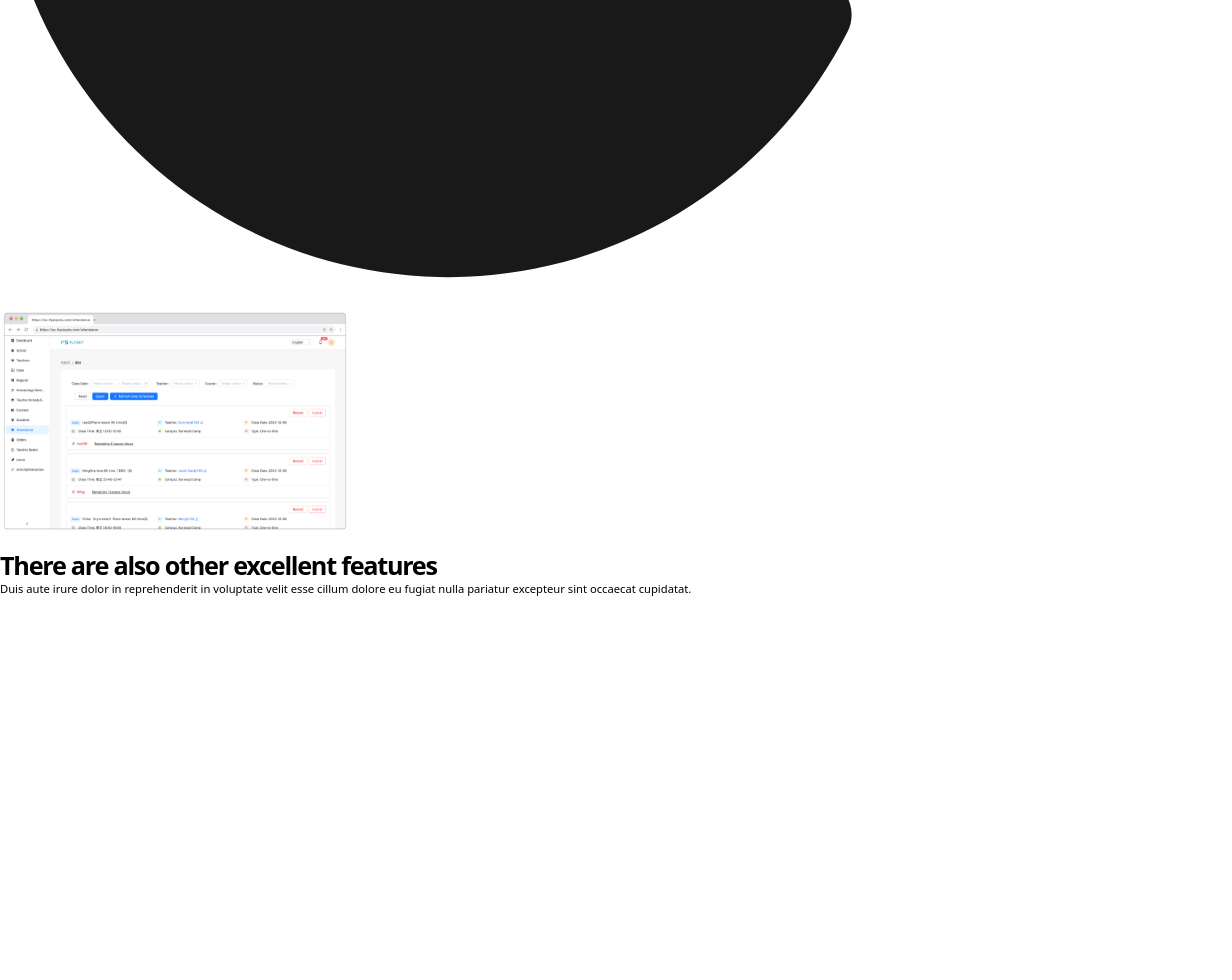
Repository: BarrySong97/flysky-landing
Page: /
The author's editor kept a copy of each file at every save. The page is drawn from the files as they stood at one save, then again after the next save.
The browser window is 1280 px wide. The page is 1760 px wide, so the pictures cover 1760 px, including what lies to the right of the window. The pictures show the part of the page from y = 5100 to 6500 px (the page is 22292 px tall before and 22268 px after), at 70% of full size.
The project was rebuilt for these pictures with package versions that can differ from the ones it lists, and the page was loaded fresh each time. Also part of the build but not shown: vite.config.js, src/partials/Banner.jsx, src/pages/SignIn.jsx, src/pages/SignUp.jsx, src/pages/ResetPassword.jsx.

Above is the page before, as saved 2023-12-10 10:36:18.

### index.html
<!DOCTYPE html>
<html lang="en">
  <head>
    <meta charset="UTF-8" />
    <link rel="icon" type="image/svg+xml" href="/src/favicon.svg" />
    <meta name="viewport" content="width=device-width, initial-scale=1.0" />
    <title>Vite App</title>
  </head>
  <body class="font-inter antialiased bg-white text-gray-900 tracking-tight">
    <noscript>You need to enable JavaScript to run this app.</noscript>
    <script>
        if (localStorage.getItem('sidebar-expanded') == 'true') {
            document.querySelector('body').classList.add('sidebar-expanded');
        } else {
            document.querySelector('body').classList.remove('sidebar-expanded');
        }
    </script>
    <div id="root"></div>
    <script type="module" src="/src/main.jsx"></script>
  </body>
</html>

### src/App.jsx
import React, { useEffect } from 'react';
import {
  Routes,
  Route,
  useLocation
} from 'react-router-dom';

import 'aos/dist/aos.css';
import './css/style.css';

import AOS from 'aos';

import Home from './pages/Home';
import SignIn from './pages/SignIn';
import SignUp from './pages/SignUp';
import ResetPassword from './pages/ResetPassword';

function App() {

  const location = useLocation();

  useEffect(() => {
    AOS.init({
      once: true,
      disable: 'phone',
      duration: 700,
      easing: 'ease-out-cubic',
    });
  });

  useEffect(() => {
    document.querySelector('html').style.scrollBehavior = 'auto'
    window.scroll({ top: 0 })
    document.querySelector('html').style.scrollBehavior = ''
  }, [location.pathname]); // triggered on route change

  return (
    <>
      <Routes>
        <Route exact path="/" element={<Home />} />
        <Route path="/signin" element={<SignIn />} />
        <Route path="/signup" element={<SignUp />} />
        <Route path="/reset-password" element={<ResetPassword />} />
      </Routes>
    </>
  );
}

export default App;

### src/pages/Home.jsx
import React from "react";

import Header from "../partials/Header";
import HeroHome from "../partials/HeroHome";
import FeaturesHome from "../partials/Features";
import FeaturesBlocks from "../partials/FeaturesBlocks";
import Testimonials from "../partials/Testimonials";
import Newsletter from "../partials/Newsletter";
import Footer from "../partials/Footer";
import Banner from "../partials/Banner";

function Home() {
  return (
    <div className="flex flex-col min-h-screen overflow-hidden">
      {/*  Site header */}
      <Header />

      {/*  Page content */}
      <main className="flex-grow">
        {/*  Page sections */}
        <HeroHome />
        <FeaturesHome />
        <FeaturesBlocks />
        <Testimonials />
        <Newsletter />
      </main>

      {/*  Site footer */}
      <Footer />
    </div>
  );
}

export default Home;

### src/css/additional-styles/utility-patterns.css
/* Typography */
.h1 {
    @apply text-4xl font-extrabold leading-tight tracking-tighter;
}

.h2 {
    @apply text-3xl font-extrabold leading-tight tracking-tighter;
}

.h3 {
    @apply text-3xl font-bold leading-tight;
}

.h4 {
    @apply text-2xl font-bold leading-snug tracking-tight;
}

@screen md {
    .h1 {
        @apply text-5xl;
    }

    .h2 {
        @apply text-4xl;
    }
}

/* Buttons */
.btn,
.btn-sm {
    @apply font-medium inline-flex items-center justify-center border border-transparent rounded leading-snug transition duration-150 ease-in-out;
}

.btn {
    @apply px-8 py-3 shadow-lg;
}

.btn-sm {
    @apply px-4 py-2 shadow;
}

/* Forms */
.form-input,
.form-textarea,
.form-multiselect,
.form-select,
.form-checkbox,
.form-radio {
    @apply bg-white border border-gray-300 focus:border-gray-500;
}

.form-input,
.form-textarea,
.form-multiselect,
.form-select,
.form-checkbox {
    @apply rounded;
}

.form-input,
.form-textarea,
.form-multiselect,
.form-select {
    @apply py-3 px-4;
}

.form-input,
.form-textarea {
    @apply placeholder-gray-500;
}

.form-select {
    @apply pr-10;
}

.form-checkbox,
.form-radio {
    @apply text-gray-800 rounded-sm;
}

### src/css/additional-styles/range-slider.css
/* Range slider */
:root {
    --range-thumb-size: 36px;
}

input[type=range] {
    appearance: none;
    background: #ccc;
    border-radius: 3px;
    height: 6px;
    margin-top: (--range-thumb-size - 6px) * 0.5;
    margin-bottom: (--range-thumb-size - 6px) * 0.5;
    --thumb-size: #{--range-thumb-size};
}

input[type=range]::-webkit-slider-thumb {
    appearance: none;
    -webkit-appearance: none;
    background-color: #000;
    background-image: url("data:[embedded picture, 172 characters]");
    background-position: center;
    background-repeat: no-repeat;
    border: 0;
    border-radius: 50%;
    cursor: pointer;
    height: --range-thumb-size;
    width: --range-thumb-size;
}

input[type=range]::-moz-range-thumb {
    background-color: #000;
    background-image: url("data:[embedded picture, 172 characters]");
    background-position: center;
    background-repeat: no-repeat;
    border: 0;
    border: none;
    border-radius: 50%;
    cursor: pointer;
    height: --range-thumb-size;
    width: --range-thumb-size;
}

input[type=range]::-ms-thumb {
    background-color: #000;
    background-image: url("data:[embedded picture, 172 characters]");
    background-position: center;
    background-repeat: no-repeat;
    border: 0;
    border-radius: 50%;
    cursor: pointer;
    height: --range-thumb-size;
    width: --range-thumb-size;
}

input[type=range]::-moz-focus-outer {
    border: 0;
}

### src/partials/Header.jsx
import React, { useState, useEffect } from "react";
import { Link } from "react-router-dom";

function Header() {
  const [top, setTop] = useState(true);

  // detect whether user has scrolled the page down by 10px
  useEffect(() => {
    const scrollHandler = () => {
      window.pageYOffset > 10 ? setTop(false) : setTop(true);
    };
    window.addEventListener("scroll", scrollHandler);
    return () => window.removeEventListener("scroll", scrollHandler);
  }, [top]);

  return (
    <header
      className={`fixed w-full z-30 md:bg-opacity-90 transition duration-300 ease-in-out ${
        !top && "bg-white backdrop-blur-sm shadow-lg"
      }`}
    >
      <div className="max-w-6xl mx-auto px-5 sm:px-6">
        <div className="flex items-center justify-between h-16 md:h-20">
          {/* Site branding */}
          <div className="flex-shrink-0 mr-4">
            {/* Logo */}
            <Link to="/" className="block" aria-label="Cruip">
              <img
                alt="Logo"
                className="w-[150px]"
                src="data:[embedded picture, 6874 characters]"
              />
            </Link>
          </div>

          {/* Site navigation */}
          <nav className="flex flex-grow">
            <ul className="flex flex-grow justify-end flex-wrap items-center">
              <li>
                <Link
                  to="/signin"
                  className="font-medium text-gray-600 hover:text-gray-900 px-5 py-3 flex items-center transition duration-150 ease-in-out"
                >
                  Sign in
                </Link>
              </li>
              <li>
                <Link
                  to="/signup"
                  className="btn-sm text-gray-200 bg-gray-900 hover:bg-gray-800 ml-3"
                >
                  <span>Sign up</span>
                  <svg
                    className="w-3 h-3 fill-current text-gray-400 flex-shrink-0 ml-2 -mr-1"
                    viewBox="0 0 12 12"
                    xmlns="http://www.w3.org/2000/svg"
                  >
                    <path
                      d="M11.707 5.293L7 .586 5.586 2l3 3H0v2h8.586l-3 3L7 11.414l4.707-4.707a1 1 0 000-1.414z"
                      fillRule="nonzero"
                    />
                  </svg>
                </Link>
              </li>
            </ul>
          </nav>
        </div>
      </div>
    </header>
  );
}

export default Header;

### src/partials/FeaturesBlocks.jsx
import React from "react";

function FeaturesBlocks() {
  return (
    <section className="relative">
      {/* Section background (needs .relative class on parent and next sibling elements) */}
      <div
        className="absolute inset-0 top-1/2 md:mt-24 lg:mt-0 bg-gray-900 pointer-events-none"
        aria-hidden="true"
      ></div>
      <div className="absolute left-0 right-0 bottom-0 m-auto w-px p-px h-20 bg-gray-200 transform translate-y-1/2"></div>

      <div className="relative max-w-6xl mx-auto px-4 sm:px-6">
        <div className="py-12 md:py-20">
          {/* Section header */}
          <div className="max-w-3xl mx-auto text-center pb-12 md:pb-20">
            <h2 className="h2 mb-4">There are also other excellent features</h2>
            <p className="text-xl text-gray-600">
              Duis aute irure dolor in reprehenderit in voluptate velit esse
              cillum dolore eu fugiat nulla pariatur excepteur sint occaecat
              cupidatat.
            </p>
          </div>

          {/* Items */}
          <div className="max-w-sm mx-auto grid gap-6 md:grid-cols-2 lg:grid-cols-3 items-start md:max-w-2xl lg:max-w-none">
            {/* 1st item */}
            <div className="relative flex flex-col items-center p-6 bg-white rounded shadow-xl">
              <svg
                className="w-16 h-16 p-1 -mt-1 mb-2"
                viewBox="0 0 64 64"
                xmlns="http://www.w3.org/2000/svg"
              >
                <g fill="none" fillRule="evenodd">
                  <rect
                    className="fill-current text-blue-600"
                    width="64"
                    height="64"
                    rx="32"
                  />
                  <g strokeWidth="2">
                    <path
                      className="stroke-current text-blue-300"
                      d="M34.514 35.429l2.057 2.285h8M20.571 26.286h5.715l2.057 2.285"
                    />
                    <path
                      className="stroke-current text-white"
                      d="M20.571 37.714h5.715L36.57 26.286h8"
                    />
                    <path
                      className="stroke-current text-blue-300"
                      strokeLinecap="square"
                      d="M41.143 34.286l3.428 3.428-3.428 3.429"
                    />
                    <path
                      className="stroke-current text-white"
                      strokeLinecap="square"
                      d="M41.143 29.714l3.428-3.428-3.428-3.429"
                    />
                  </g>
                </g>
              </svg>
              <h4 className="text-xl font-bold leading-snug tracking-tight mb-1">
                Initial Contact
              </h4>
              <p className="text-gray-600 text-center">
                Lorem ipsum dolor sit amet, consectetur adipiscing elit.
              </p>
            </div>

            {/* 2nd item */}
            <div className="relative flex flex-col items-center p-6 bg-white rounded shadow-xl">
              <svg
                className="w-16 h-16 p-1 -mt-1 mb-2"
                viewBox="0 0 64 64"
                xmlns="http://www.w3.org/2000/svg"
              >
                <g fill="none" fillRule="evenodd">
                  <rect
                    className="fill-current text-blue-600"
                    width="64"
                    height="64"
                    rx="32"
                  />
                  <g strokeWidth="2" transform="translate(19.429 20.571)">
                    <circle
                      className="stroke-current text-white"
                      strokeLinecap="square"
                      cx="12.571"
                      cy="12.571"
                      r="1.143"
                    />
                    <path
                      className="stroke-current text-white"
                      d="M19.153 23.267c3.59-2.213 5.99-6.169 5.99-10.696C25.143 5.63 19.514 0 12.57 0 5.63 0 0 5.629 0 12.571c0 4.527 2.4 8.483 5.99 10.696"
                    />
                    <path
                      className="stroke-current text-blue-300"
                      d="M16.161 18.406a6.848 6.848 0 003.268-5.835 6.857 6.857 0 00-6.858-6.857 6.857 6.857 0 00-6.857 6.857 6.848 6.848 0 003.268 5.835"
                    />
                  </g>
                </g>
              </svg>
              <h4 className="text-xl font-bold leading-snug tracking-tight mb-1">
                Discovery Session
              </h4>
              <p className="text-gray-600 text-center">
                Lorem ipsum dolor sit amet, consectetur adipiscing elit.
              </p>
            </div>

            {/* 3rd item */}
            <div className="relative flex flex-col items-center p-6 bg-white rounded shadow-xl">
              <svg
                className="w-16 h-16 p-1 -mt-1 mb-2"
                viewBox="0 0 64 64"
                xmlns="http://www.w3.org/2000/svg"
              >
                <g fill="none" fillRule="evenodd">
                  <rect
                    className="fill-current text-blue-600"
                    width="64"
                    height="64"
                    rx="32"
                  />
                  <g strokeLinecap="square" strokeWidth="2">
                    <path
                      className="stroke-current text-blue-300"
                      d="M38.826 22.504a9.128 9.128 0 00-13.291-.398M35.403 25.546a4.543 4.543 0 00-6.635-.207"
                    />
                    <path
                      className="stroke-current text-white"
                      d="M19.429 25.143A6.857 6.857 0 0126.286 32v1.189L28 37.143l-1.714.571V40A2.286 2.286 0 0124 42.286h-2.286v2.285M44.571 25.143A6.857 6.857 0 0037.714 32v1.189L36 37.143l1.714.571V40A2.286 2.286 0 0040 42.286h2.286v2.285"
                    />
                  </g>
                </g>
              </svg>
              <h4 className="text-xl font-bold leading-snug tracking-tight mb-1">
                Contracting
              </h4>
              <p className="text-gray-600 text-center">
                Lorem ipsum dolor sit amet, consectetur adipiscing elit.
              </p>
            </div>

            {/* 4th item */}
            <div className="relative flex flex-col items-center p-6 bg-white rounded shadow-xl">
              <svg
                className="w-16 h-16 p-1 -mt-1 mb-2"
                viewBox="0 0 64 64"
                xmlns="http://www.w3.org/2000/svg"
              >
                <g fill="none" fillRule="evenodd">
                  <rect
                    className="fill-current text-blue-600"
                    width="64"
                    height="64"
                    rx="32"
                  />
                  <g transform="translate(22.857 19.429)" strokeWidth="2">
                    <path
                      className="stroke-current text-white"
                      strokeLinecap="square"
                      d="M12.571 4.571V0H0v25.143h12.571V20.57"
                    />
                    <path
                      className="stroke-current text-white"
                      d="M16 12.571h8"
                    />
                    <path
                      className="stroke-current text-white"
                      strokeLinecap="square"
                      d="M19.429 8L24 12.571l-4.571 4.572"
                    />
                    <circle
                      className="stroke-current text-blue-300"
                      strokeLinecap="square"
                      cx="12.571"
                      cy="12.571"
                      r="3.429"
                    />
                  </g>
                </g>
              </svg>
              <h4 className="text-xl font-bold leading-snug tracking-tight mb-1">
                Fast Prototyping
              </h4>
              <p className="text-gray-600 text-center">
                Lorem ipsum dolor sit amet, consectetur adipiscing elit.
              </p>
            </div>

            {/* 5th item */}
            <div className="relative flex flex-col items-center p-6 bg-white rounded shadow-xl">
              <svg
                className="w-16 h-16 p-1 -mt-1 mb-2"
                viewBox="0 0 64 64"
                xmlns="http://www.w3.org/2000/svg"
              >
                <g fill="none" fillRule="evenodd">
                  <rect
                    className="fill-current text-blue-600"
                    width="64"
                    height="64"
                    rx="32"
                  />
                  <g strokeLinecap="square" strokeWidth="2">
                    <path
                      className="stroke-current text-white"
                      d="M20.571 20.571h13.714v17.143H20.571z"
                    />
                    <path
                      className="stroke-current text-blue-300"
                      d="M38.858 26.993l6.397 1.73-4.473 16.549-13.24-3.58"
                    />
                  </g>
                </g>
              </svg>
              <h4 className="text-xl font-bold leading-snug tracking-tight mb-1">
                Design Phase
              </h4>
              <p className="text-gray-600 text-center">
                Lorem ipsum dolor sit amet, consectetur adipiscing elit.
              </p>
            </div>

            {/* 6th item */}
            <div className="relative flex flex-col items-center p-6 bg-white rounded shadow-xl">
              <svg
                className="w-16 h-16 p-1 -mt-1 mb-2"
                viewBox="0 0 64 64"
                xmlns="http://www.w3.org/2000/svg"
              >
                <g fill="none" fillRule="evenodd">
                  <rect
                    className="fill-current text-blue-600"
                    width="64"
                    height="64"
                    rx="32"
                  />
                  <g strokeWidth="2">
                    <path
                      className="stroke-current text-white"
                      d="M32 37.714A5.714 5.714 0 0037.714 32a5.714 5.714 0 005.715 5.714"
                    />
                    <path
                      className="stroke-current text-white"
                      d="M32 37.714a5.714 5.714 0 015.714 5.715 5.714 5.714 0 015.715-5.715M20.571 26.286a5.714 5.714 0 005.715-5.715A5.714 5.714 0 0032 26.286"
                    />
                    <path
                      className="stroke-current text-white"
                      d="M20.571 26.286A5.714 5.714 0 0126.286 32 5.714 5.714 0 0132 26.286"
                    />
                    <path
                      className="stroke-current text-blue-300"
                      d="M21.714 40h4.572M24 37.714v4.572M37.714 24h4.572M40 21.714v4.572"
                      strokeLinecap="square"
                    />
                  </g>
                </g>
              </svg>
              <h4 className="text-xl font-bold leading-snug tracking-tight mb-1">
                Develop & Launch
              </h4>
              <p className="text-gray-600 text-center">
                Lorem ipsum dolor sit amet, consectetur adipiscing elit.
              </p>
            </div>
          </div>
        </div>
      </div>
    </section>
  );
}

export default FeaturesBlocks;

### src/utils/Modal.jsx
import React, { useEffect, useRef } from 'react';
import PropTypes from 'prop-types';
import Transition from '../utils/Transition';

function Modal({
  children,
  id,
  ariaLabel,
  show,
  handleClose
}) {

  const modalContent = useRef(null);

  // close the modal on click outside
  useEffect(() => {
    const clickHandler = ({ target }) => {
      if (!show || modalContent.current.contains(target)) return;
      handleClose();
    };
    document.addEventListener('click', clickHandler);
    return () => document.removeEventListener('click', clickHandler);
  });

  // close the modal if the esc key is pressed
  useEffect(() => {
    const keyHandler = ({ keyCode }) => {
      if (keyCode !== 27) return;
      handleClose();
    };
    document.addEventListener('keydown', keyHandler);

    return () => document.removeEventListener('keydown', keyHandler);
  });

  return (
    <>
      {/* Modal backdrop */}
      <Transition
        className="fixed inset-0 z-50 bg-white bg-opacity-75 transition-opacity backdrop-blur-sm"
        show={show}
        enter="transition ease-out duration-200"
        enterStart="opacity-0"
        enterEnd="opacity-100"
        leave="transition ease-out duration-100"
        leaveStart="opacity-100"
        leaveEnd="opacity-0"
        aria-hidden="true"
      />

      {/* Modal dialog */}
      <Transition
        id={id}
        className="fixed inset-0 z-50 overflow-hidden flex items-center justify-center transform px-4 sm:px-6"
        role="dialog"
        aria-modal="true"
        aria-labelledby={ariaLabel}
        show={show}
        enter="transition ease-out duration-200"
        enterStart="opacity-0 scale-95"
        enterEnd="opacity-100 scale-100"
        leave="transition ease-out duration-200"
        leaveStart="opacity-100 scale-100"
        leaveEnd="opacity-0 scale-95"
      >
        <div className="bg-white overflow-auto max-w-6xl w-full max-h-full" ref={modalContent}>
          {children}
        </div>
      </Transition>
    </>
  );
}

export default Modal;

Modal.propTypes = {
  children: PropTypes.oneOfType([
    PropTypes.arrayOf(PropTypes.element),
    PropTypes.element.isRequired
  ]),
  id: PropTypes.string,
  ariaLabel: PropTypes.string,
  show: PropTypes.bool.isRequired,
  handleClose: PropTypes.func.isRequired
};

Loaded but not shown: src/main.jsx (common file); src/css/style.css (common file); src/css/additional-styles/toggle-switch.css (common file); src/partials/Testimonials.jsx (106 lines, source omitted); src/partials/Features.jsx (251 lines, source omitted); src/partials/Footer.jsx (164 lines, source omitted); src/css/additional-styles/theme.css (181 lines, source omitted); src/partials/HeroHome.jsx (143 lines, source omitted); src/partials/Newsletter.jsx (67 lines, source omitted); src/utils/Transition.jsx (116 lines, source omitted)

After the next save:
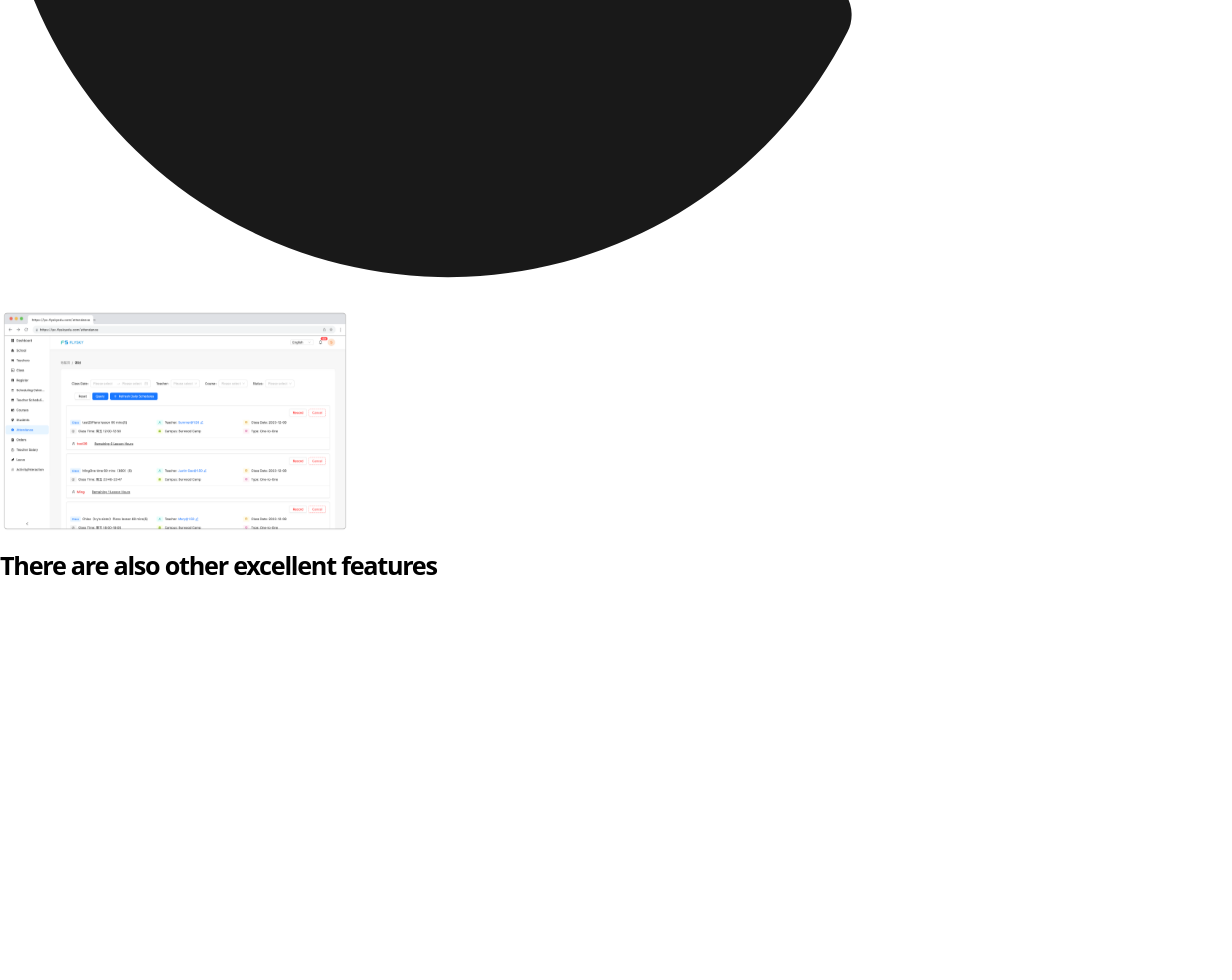
Saved 5 s later.
--- a/src/partials/FeaturesBlocks.jsx
+++ b/src/partials/FeaturesBlocks.jsx
@@ -15,11 +15,6 @@ function FeaturesBlocks() {
           {/* Section header */}
           <div className="max-w-3xl mx-auto text-center pb-12 md:pb-20">
             <h2 className="h2 mb-4">There are also other excellent features</h2>
-            <p className="text-xl text-gray-600">
-              Duis aute irure dolor in reprehenderit in voluptate velit esse
-              cillum dolore eu fugiat nulla pariatur excepteur sint occaecat
-              cupidatat.
-            </p>
           </div>
 
           {/* Items */}
